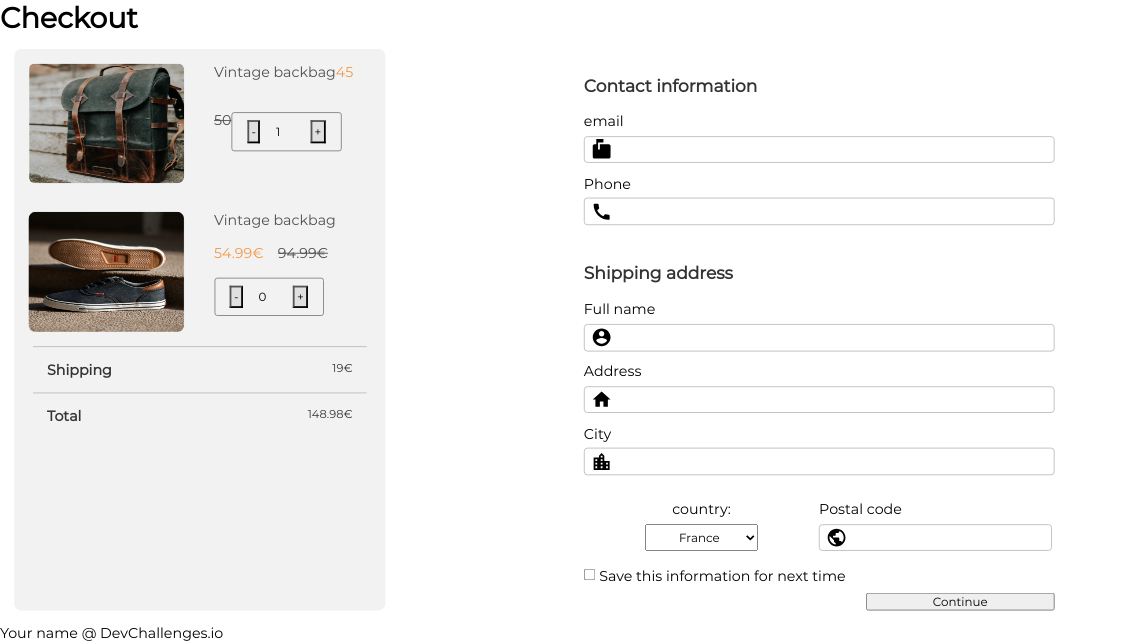
Repository: dubar-jeremy/checkout-page-master
Page: index.html
The author's editor kept a copy of each file at every save. The page is drawn from the files as they stood at one save, then again after the next save.
The browser window is 1280 px wide. The pictures show the whole page, at 89% of full size.
The style sheet was rebuilt from its Sass, Less or Tailwind sources for each picture, by a compiler version that may differ from the author's.

Above is the page before, as saved 2021-02-06 00:02:54.

### index.html
<!doctype html>
<html lang="fr">
<head>
  <meta charset="UTF-8">
  <meta name="viewport"
        content="width=device-width, user-scalable=no, initial-scale=1.0, maximum-scale=1.0, minimum-scale=1.0">
  <meta http-equiv="X-UA-Compatible" content="ie=edge">
  <link rel="stylesheet" href="style/style.css">
  <link href="https://fonts.googleapis.com/icon?family=Material+Icons"
        rel="stylesheet">
  <title>Document</title>
  <script src="js/form.js" type="text/javascript"></script>
</head>
<body>

<main>
  <h1>Checkout</h1>
  <div class="grid-container">
    <form>
      <h2>Contact information</h2>
      <div>
      <label for="email">email</label>
      <input class="email" type="email" name="email" id="email">
      <span class="invalid valid" id="email">E-mail invalide</span>
      </div>

      <div>
      <label for="tel">Phone</label>
      <input class="tel" type="tel" name="tel" id="tel">
      <span class="invalid">Numéro inccorect</span>
      </div>

      <h2>Shipping address</h2>

      <div>
      <label for="name">Full name</label>
      <input class="name" type="text" name="name" id="name">
      <span class="invalid">Champ obligatoire</span>
      </div>

      <div>
      <label for="address">Address</label>
      <input class="address" type="text" name="address" id="address">
      <span class="invalid">Champ obligatoire</span>
      </div>

      <div>
      <label for="city">City</label>
      <input class="city" type="text" name="city" id="city">
      <span class="invalid">Champ obligatoire</span>
      </div>


      <div class="form-btn">
        <div class="select-country">
          <label for="country">country:</label>
          <select id="country">
            <option value="france">France</option>
            <option value="england">Angleterre</option>
            <option value="spain">Espagne</option>
          </select>
          <span class="invalid">Champ obligatoire</span>
        </div>
        <div class="input-postal-code">
          <label for="postalCode">Postal code</label>
          <input class="postal-code" type="text" name="postalCode" id="postalCode">
          <span class="invalid">Champ obligatoire</span>
        </div>
      </div>

      <div>
        <input type="checkbox">
        <label>Save this information for next time</label>
      </div>
      <button type="submit">Continue</button>
    </form>
    <div class="checkout-container">
      <div class="inner-block">
        <img src="img/photo1.png">
        <div class="details-article">
          <h2>Vintage backbag</h2>
          <span class="new-price">54.99€</span>
          <span class="old-price">94.99€</span>
          <div class="click">
            <button class="nbr-article minus btn">-</button>
            <input type="text" value="0" class="nbr-value quantity">
            <button class="nbr-article plus btn">+</button>
          </div>
        </div>
        <img src="img/photo2.png">
        <div class="details-article">
          <h2>Vintage backbag</h2>
          <span class="new-price">54.99€</span>
          <span class="old-price">94.99€</span>
          <div class="click">
            <button class="nbr-article plus btn">-</button>
            <input type="text" value="0" class="nbr-value">
            <button class="nbr-article minus btn">+</button>
          </div>
        </div>
      </div>
      <div class="price-part">
        <p>Shipping</p>
        <p>19€</p>
      </div>
      <div class="price-part">
        <p>Total</p>
        <p>148.98€</p>
      </div>
      <div>
      </div>
    </div>
</main>
<footer>
  <p>Your name @ DevChallenges.io</p>
</footer>
</body>
</html>

### js/form.js
window.onload = function () {
  const plus = document
    .querySelector(".plus")
    .addEventListener("click", increase);
  const minus = document
    .querySelector(".minus")
    .addEventListener("click", decrease);

  let i = 0;
  let initialPrice = 50;
  let priceAfterDiscount = increase();

  function increase() {
    // price * 10 / 100 = 10% reduce
    i++;

    let items = (document.querySelector(".nbr-value").value = i);
    let qty = parseInt(items);
    let newPrice = initialPrice * qty;
    let priceBeforeDiscount = newPrice;
    document.querySelector(".old-price").innerHTML = priceBeforeDiscount;
    newPrice -= (newPrice * 10) / 100;
    let priceAfterDiscount = newPrice;
    document.querySelector(".new-price").innerHTML = priceAfterDiscount;
    return priceAfterDiscount;
  }

  function decrease() {
    if (i >= 1) {
      i--;
      let items = (document.querySelector(".nbr-value").value = i);
      let qty = parseInt(items);
      let newPrice = initialPrice * qty;
      document.querySelector(".new-price").innerHTML = newPrice;
      let oldPrice = qty * priceAfterDiscount;
      document.querySelector(".old-price").innerHTML = oldPrice;
      console.log(oldPrice);
    }
  }
};

### style/style.scss
/*
Colors, fonts & reset
*/

$main-title: #4e5150;
$sub-title: #333333;
$btn-price: #f2994a;

$form-title: #4f4f4f;
$form-placeholder: #828282;

$background-nbr-article: #e0e0e0;

$background-price: #f2f2f2;

@font-face {
  font-family: "Montserrat";
  src: url("/fonts/Montserrat/Montserrat-Regular.ttf") format("truetype");
}

* {
  margin: 0;
  padding: 0;
  box-sizing: border-box;
  font-family: "Montserrat", sans-serif;
}

/*
  Main area
*/

.grid-container {
  display: grid;
  grid-template-columns: 1fr;
  margin: 1em;
  grid-gap: 2em;
  h1 {
    display: inline;
    grid-row: 1 / 2;
    color: $main-title;
    font-size: 1.5em;
    margin-bottom: 0.8em;
  }
}

form {
  display: flex;
  flex-direction: column;

  h2 {
    color: $sub-title;
    font-size: 1.2em;
    margin-top: 1.5em;
    margin-bottom: 1em;
  }

  input {
    width: 100%;
    margin-bottom: 1em;
    margin-top: 0.5em;
  }

  input[type="checkbox"] {
    width: inherit;
  }

  @mixin iconStyle {
    background-color: transparent;
    background-repeat: no-repeat;
    background-position: 0.5em center;
    padding-left: 2.5em;
    height: 2.3em;
    border: 0.09em solid #bdbdbd;
    border-radius: 0.3em;
  }

  .email {
    @include iconStyle;
    background-image: url("../icons/markunread_mailbox-24px.svg");
  }
  .tel {
    @include iconStyle;
    background-image: url("../icons/call-24px.svg");
  }
  .name {
    @include iconStyle;
    background-image: url("../icons/account_circle-24px.svg");
  }
  .address {
    @include iconStyle;
    background-image: url("../icons/home-24px.svg");
  }
  .city {
    @include iconStyle;
    background-image: url("../icons/location_city-24px.svg");
  }
  .postal-code {
    @include iconStyle;
    width: 99%;
    background-image: url("../icons/public-24px.svg");
  }

  .form-btn {
    width: 100%;
    display: flex;
    justify-content: space-between;
    margin-top: 1em;
    flex-wrap: wrap;
    align-items: center;

    .select-country {
      flex-basis: 50%;
      display: flex;
      flex-wrap: wrap;
      justify-content: center;

      label {
        width: 100%;
        text-align: center;
      }

      select {
        height: 2.3em;
        padding-left: 2.5em;
        margin-bottom: 1em;
        margin-top: 0.5em;
      }
    }

    .input-postal-code {
      flex-basis: 50%;
    }
  }

  button {
    width: 40%;
    align-self: end;
  }
}

.checkout-container {
  grid-row: 2 / 3;
  background: $background-price;
  border-radius: 0.5em;
}

.inner-block {
  display: grid;
  grid-template-columns: 1fr 1fr;
  grid-gap: 2em;
  max-width: 385px;
  max-height: 535px;
  margin: 1em;

  h2 {
    color: $main-title;
    display: inline;
    font-size: 1em;
    font-weight: normal;
  }

  img {
    width: 100%;
    max-width: 175px;
    max-height: 135px;
    border-radius: 0.5em;
  }

  .details-article {
    display: flex;
    flex-wrap: wrap;

    .new-price {
      color: $btn-price;
      margin-right: 1em;
    }

    .old-price {
      color: $main-title;
      text-decoration: line-through;
    }

    .click {
      display: flex;
      justify-content: space-around;
      width: 70%;
      height: min-content;
      background: transparent;
      border: 0.1em solid $form-placeholder;
      border-radius: 0.2em;
      padding: 0.5em;

      input {
        background: transparent;
        width: 20%;
        border: none;
      }

      .nbr-article {
        background: $background-nbr-article;
        padding: 0.2em;
      }
    }
  }
}

.price-part {
  display: flex;
  justify-content: space-between;
  width: 90%;
  margin: 0 auto;
  padding: 1em;
  border-top: 1px solid #bdbdbd;
  color: #333333;

  p:nth-child(1) {
    color: $sub-title;
    font-weight: bold;
  }

  p:nth-child(2) {
    font-size: 0.8em;
  }
}

.invalid {
  display: none;
  color: red;
}

.valid {
  color: green;
}

@media screen AND (min-width: 900px) {
  .grid-container {
    grid-template-columns: 1fr 1fr;
    justify-items: start;
  }

  .checkout-container {
    grid-row: 1 / 2;
  }
}

After the next save:
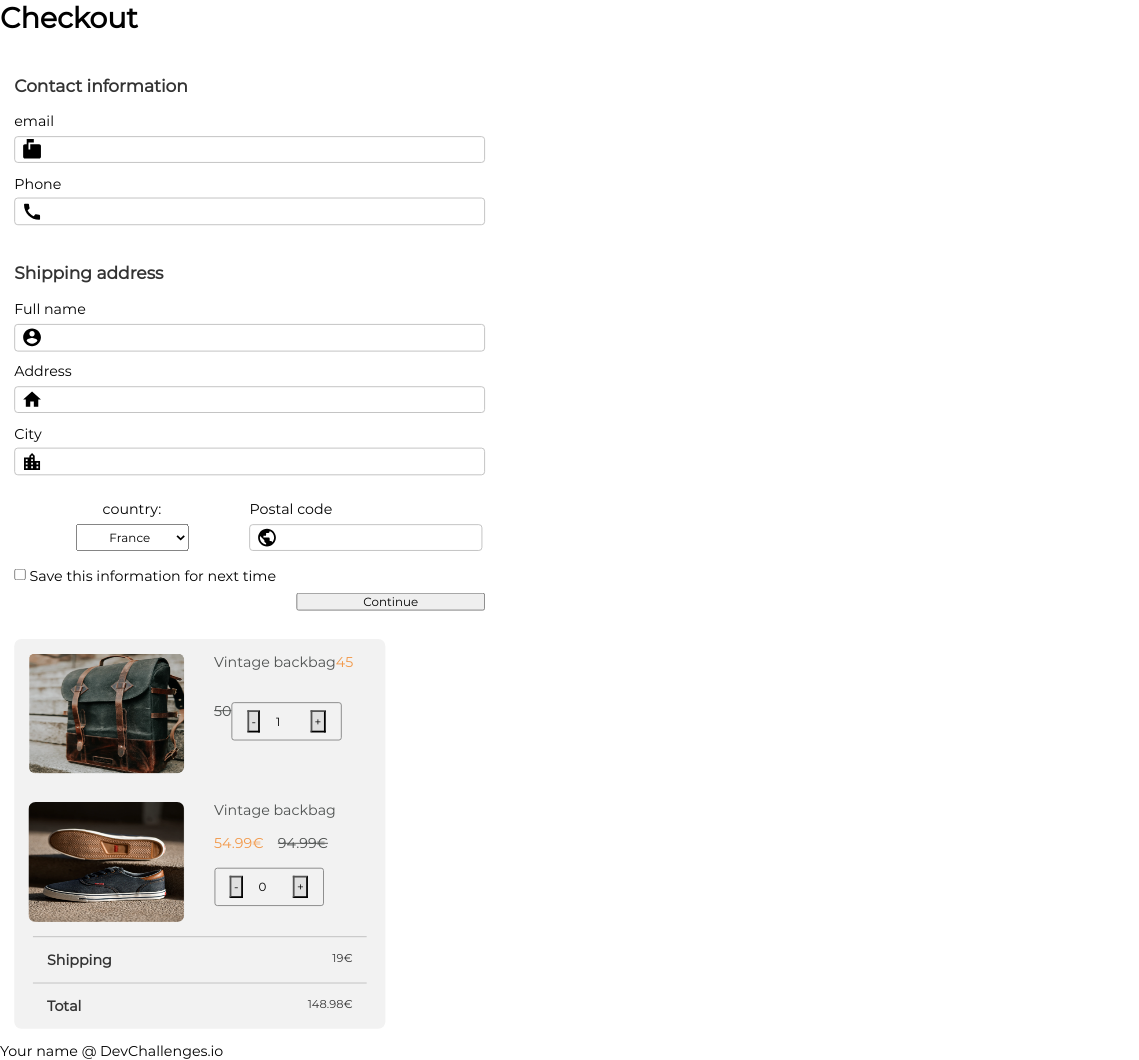
Saved 20 s later.
--- a/style/style.scss
+++ b/style/style.scss
@@ -239,6 +239,6 @@ form {
   }
 
   .checkout-container {
-    grid-row: 1 / 2;
-  }
-}
+    grid-column: 1 / 2;
+  }
+}
